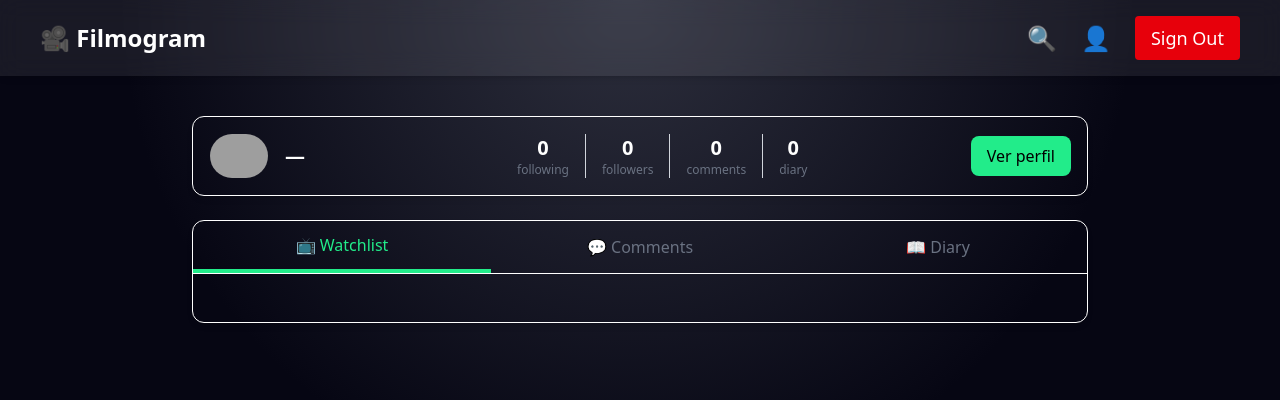
Repository: Leoonard1507/proyecto-final
Page: /client-profile
The author's editor kept a copy of each file at every save. The page is drawn from the files as they stood at one save, then again after the next save.
The browser window is 1280 px wide. The pictures show the whole page.
Pictures or frames that could not be fetched are drawn as grey boxes. The page's requests for data from a server got no answer. The project was rebuilt for these pictures with package versions that can differ from the ones it lists, and the page was loaded fresh each time. The framework's server and built-in components were replaced by stand-ins that run in the browser. No one was signed in, and anything a server would have sent is missing. Also part of the build but not shown: next.config.ts, src/app/components/profileSections/userWatchlist.tsx, src/app/components/profileSections/userComments.tsx, src/app/components/profileSections/userDiary.tsx, src/libs/axios.ts, src/app/components/profileSections/searchFavsEdit.tsx, src/app/components/profileSections/addFavoritesModal.tsx, src/app/components/profileSections/FavMoviesList.tsx.

Above is the page before, as saved 2025-05-26 13:57:37.

### src/app/layout.tsx
// app/layout.tsx
"use client";

import { SessionProvider } from "next-auth/react";
import "../styles/globals.css";
import { ToastContainer } from 'react-toastify';
import 'react-toastify/dist/ReactToastify.css';


export default function RootLayout({ children }: { children: React.ReactNode }) {
  return (
    <html lang="es">
      <head>
        <title>Filmogram</title>
        <meta name="description" content="Gestiona tu perfil en El Santuario." />
      </head>
      <body className="flex flex-col text-white antialiased">
        {/* Fondo con contenedor dedicado */}
        <div className="min-h-screen w-full bg-radial-pattern">
          <SessionProvider>{children}</SessionProvider>
        </div>
        <ToastContainer />
      </body>
    </html>
  );
}

### src/app/client-profile/page.tsx
"use client";

import { useState, useEffect } from "react";
import { useSession } from "next-auth/react";
import Image from "next/image";
import Navbar from "@/app/components/Navbar";
import { toast } from "react-toastify";
import Watchlist from "../components/profileSections/userWatchlist";
import Comments from "../components/profileSections/userComments";
import Diary from "../components/profileSections/userDiary";
import FavoriteMoviesSection from "../components/profileSections/addFavoritesModal"; // para elegir favs
import FavoriteMoviesList from "../components/profileSections/FavMoviesList"; // para mostrar las favs en el perfil

export default function ProfilePage() {
  const { data: session } = useSession();

  const [name, setName] = useState("");
  const [nickname, setNickname] = useState("");
  const [usermail, setUsermail] = useState("");
  const [role, setRole] = useState("");
  const [birthdate, setBirthdate] = useState("");
  const [loading, setLoading] = useState(false);
  const [isModalOpen, setIsModalOpen] = useState(false);
  const [description, setDescription] = useState("");
  const [avatar, setAvatar] = useState("");
  const [userId, setUserId] = useState("");
  const [showDetails, setShowDetails] = useState(false);
  const [isPasswordModalOpen, setIsPasswordModalOpen] = useState(false);
  const [currentPassword, setCurrentPassword] = useState("");
  const [newPassword, setNewPassword] = useState("");
  const [repeatPassword, setRepeatPassword] = useState("");
  const [activeTab, setActiveTab] = useState("watchlist");
  const [followingCount, setFollowingCount] = useState<number | null>(null);
  const [followerCount, setFollowerCount] = useState<number | null>(null);
  const [commentsCount, setCommentsCount] = useState<number | null>(null);
  const [diaryCount, setDiaryCount] = useState<number | null>(null);

  useEffect(() => {
    if (session?.user?.id) {
      setUserId(session.user.id);
      fetchUserData(session.user.id);
      fetchFollowingCount(session.user.id);
      fetchFollowerCount(session.user.id);
      fetchCommentsCount(session.user.id);
      fetchDiaryCount(session.user.id);
    }
  }, [session]);

  const fetchFollowingCount = async (userId: string) => {
    try {
       const res = await fetch(`/api/seguidos/${userId}`);
      if (!res.ok) throw new Error("Failed to fetch following count");
      const data = await res.json();
      setFollowingCount(data[0]?.following_count ?? 0);
    } catch (error) {
      console.error("Error fetching following count:", error);
      setFollowingCount(0);
    }
  };

  const fetchFollowerCount = async (userId: string) => {
    try {
       const res = await fetch(`/api/seguidores/${userId}`);
      if (!res.ok) throw new Error("Failed to fetch follower count");
      const data = await res.json();
      setFollowerCount(data[0]?.followers_count ?? 0);
    } catch (error) {
      console.error("Error fetching follower count:", error);
      setFollowerCount(0);
    }
  };

  const fetchCommentsCount = async (userId: string) => {
    try {
       const res = await fetch(`/api/countComments/${userId}`);
      if (!res.ok) throw new Error("Failed to fetch comments count");
      const data = await res.json();
      setCommentsCount(data[0]?.comments_count ?? 0);
    } catch (error) {
      console.error("Error fetching comments count:", error);
      setCommentsCount(0);
    }
  };

  const fetchDiaryCount = async (userId: string) => {
    try {
       const res = await fetch(`/api/countDiary/${userId}`);
      if (!res.ok) throw new Error("Failed to fetch diary count");
      const data = await res.json();
      setDiaryCount(data[0]?.diarys_count ?? 0);
    } catch (error) {
      console.error("Error fetching diary count:", error);
      setDiaryCount(0);
    }
  };

  const fetchUserData = async (userId: string) => {
    try {
      const res = await fetch(`/api/user/${userId}`);
      if (!res.ok) throw new Error("No se pudo obtener el usuario");
      const user = await res.json();

      setName(user.name || "");
      setUsermail(user.email || "");
      setRole(user.role || "");
      setBirthdate(user.birthdate || "");
      setNickname(user.nickName || "");
      setDescription(user.description || "");
      setAvatar(user.avatar || `https://api.dicebear.com/7.x/bottts/png?seed=${user.id}`);
      // setFavoriteMovies(user.favorites || []); // Si decides usar favoritas aquí
    } catch (error) {
      console.error("Error al cargar datos del usuario:", error);
    }
  };

  const updateUserProfile = async () => {
    setLoading(true);
    try {
      const dataToSend = {
        nickname,
        name,
        email: usermail,
        role,
        description,
        birthdate,
        avatar,
        currentPassword,
        newPassword,
        // favorites: favoriteMovies,
      };

      const response = await fetch("/api/user/update", {
        method: "POST",
        headers: { "Content-Type": "application/json" },
        body: JSON.stringify(dataToSend),
      });

      if (!response.ok) {
        const errorData = await response.json();
        console.error("Error en la respuesta:", errorData);
        throw new Error(errorData.message || "Error al actualizar el perfil");
      }

      const responseData = await response.json();
      toast.success(responseData.message);

      setIsModalOpen(false);
      setIsPasswordModalOpen(false);
      setCurrentPassword("");
      setNewPassword("");
      setRepeatPassword("");
      await fetchUserData(userId);
    } catch (error: any) {
      toast.error(error.message || "Error al actualizar el perfil");
      console.error(error);
    } finally {
      setLoading(false);
    }
  };

  const handleSubmit = (e: React.FormEvent) => {
    e.preventDefault();
    updateUserProfile();
  };

  return (
    <div className="min-h-screen text-white">
      {/* Navbar */}
      <Navbar />
      {/* Contenedor de perfil */}
      <div className="max-w-4xl mx-auto mt-10 space-y-6">
        {/* Perfil compacto */}
        <div className="flex items-center justify-between border rounded-xl shadow-md p-4">
          <div className="flex items-center space-x-4">
            <Image
              src={avatar || "https://api.dicebear.com/7.x/bottts/png?seed=default"}
              alt="Avatar"
              width={60}
              height={60}
              className="rounded-full border"
            />
            <span className="text-xl font-semibold">{nickname || "—"}</span>
            <div className="flex flex-col ml-49 items-center border-r border-gray-300 pr-4">
              <span className="text-base font-semibold text-xl">
                {followingCount !== null ? followingCount : "0"}
              </span>
              <span className="text-xs text-gray-500">following</span>
            </div>
            <div className="flex flex-col items-center border-r border-gray-300 pr-4">
              <span className="text-base font-semibold text-xl">
                 {followerCount !== null ? followerCount : "0"}
              </span>
              <span className="text-xs text-gray-500">followers</span>
            </div>
            <div className="flex flex-col items-center border-r border-gray-300 pr-4">
              <span className="text-base font-semibold text-xl">
                 {commentsCount !== null ? commentsCount : "0"}
              </span>
              <span className="text-xs text-gray-500">comments</span>
            </div>
            <div className="flex flex-col items-center">
              <span className="text-base font-semibold text-xl">
                 {diaryCount !== null ? diaryCount : "0"}
              </span>
              <span className="text-xs text-gray-500">diary</span>
            </div>
          </div>
          <button
            onClick={() => setShowDetails((prev) => !prev)}
            className="bg-[#22ec8a] text-black px-4 py-2 rounded-lg hover:opacity-70 transition"
          >
            {showDetails ? "Ocultar perfil" : "Ver perfil"}
          </button>
        </div>

        {/* Perfil detallado */}
        {showDetails && (
          <div className="border rounded-xl shadow-inner p-6 space-y-6">
            <div className="grid grid-cols-1 sm:grid-cols-2 gap-4">
              <ProfileField label="Nombre completo" value={name} />
              <ProfileField label="Correo" value={usermail} />
              <ProfileField label="Fecha de nacimiento" value={birthdate} />
              <ProfileField label="Rol" value={role} />
              <div className="sm:col-span-2">
                <ProfileField label="Descripción" value={description} />
              </div>
            </div>
            <div className="flex space-x-4">
              <button
                type="button"
                disabled={loading}
                onClick={() => setIsModalOpen(true)}
                className="bg-[#22ec8a] text-black px-4 py-2 rounded-md hover:opacity-70 transition"
              >
                Editar perfil
              </button>
              <button
                type="button"
                disabled={loading}
                onClick={() => setIsPasswordModalOpen(true)}
                className="bg-gray-200 text-gray-800 px-4 py-2 rounded-md hover:bg-gray-300 transition"
              >
                Cambiar contraseña
              </button>
            </div>
          </div>
        )}

        {/* Mostrar las favoritas */}
        {userId && (
          <div className="border rounded-xl shadow-md p-6 mt-6">
            <FavoriteMoviesList userId={userId} />
          </div>
        )}

        {/* Tabs para mostrar contenido */}
        <div className="border rounded-xl shadow-md">
          <div className="flex border-b">
            <button
              onClick={() => setActiveTab("watchlist")}
              className={`flex-1 py-3 text-center font-medium ${
                activeTab === "watchlist"
                  ? "border-b-4 border-[#22ec8a] text-[#22ec8a]"
                  : "text-gray-500 hover:text-[#22ec8a]"
              }`}
            >
              📺 Watchlist
            </button>
            <button
              onClick={() => setActiveTab("comments")}
              className={`flex-1 py-3 text-center font-medium ${
                activeTab === "comments"
                  ? "border-b-4 border-[#22ec8a] text-[#22ec8a]"
                  : "text-gray-500 hover:text-[#22ec8a]"
              }`}
            >
              💬 Comments
            </button>
            <button
              onClick={() => setActiveTab("diary")}
              className={`flex-1 py-3 text-center font-medium ${
                activeTab === "diary"
                  ? "border-b-4 border-[#22ec8a] text-[#22ec8a]"
                  : "text-gray-500 hover:text-[#22ec8a]"
              }`}
            >
              📖 Diary
            </button>
          </div>
          <div className="p-6">
            {activeTab === "watchlist" && userId && <Watchlist userId={userId} />}
            {activeTab === "comments" && userId && <Comments userId={userId} />}
            {activeTab === "diary" && userId && <Diary userId={userId} />}
          </div>
        </div>
      </div>

      {/* Modal cambiar contraseña */}
      {isPasswordModalOpen && (
        <div className="fixed inset-0 bg-black bg-opacity-40 flex justify-center items-center z-50">
          <div className="bg-white text-black p-8 rounded-lg max-w-md w-full relative shadow-lg">
            <button
              onClick={() => setIsPasswordModalOpen(false)}
              className="absolute top-3 right-3 text-gray-600 hover:text-gray-800 text-xl"
              aria-label="Close password modal"
            >
              ✖
            </button>

            <h2 className="text-2xl font-bold mb-5">Change Password</h2>

            <form
              onSubmit={async (e) => {
                e.preventDefault();
                if (newPassword !== repeatPassword) {
                  alert("Las contraseñas nuevas no coinciden.");
                  return;
                }

                try {
                  await updateUserProfile();
                  setIsPasswordModalOpen(false);
                  setCurrentPassword("");
                  setNewPassword("");
                  setRepeatPassword("");
                } catch (err) {
                  alert(err);
                  console.error(err);
                }
              }}
              className="space-y-4"
            >
              <Input label="Current password" value={currentPassword} onChange={setCurrentPassword} type="password" />
              <Input label="New password" value={newPassword} onChange={setNewPassword} type="password" />
              <Input label="Repeat new password" value={repeatPassword} onChange={setRepeatPassword} type="password" />

              <button
                type="submit"
                className="bg-blue-600 text-white w-full p-2 rounded-lg hover:bg-blue-700 transition"
              >
                Save New Password
              </button>
            </form>
          </div>
        </div>
      )}

      {/* Modal editar perfil */}
      {isModalOpen && (
        <div className="fixed inset-0 bg-black bg-opacity-40 flex justify-center items-center z-50">
          <div className="bg-white text-black p-6 rounded-lg max-w-xl w-full relative shadow-lg space-y-4">
            <button
              onClick={() => setIsModalOpen(false)}
              className="absolute top-3 right-3 text-gray-600 hover:text-gray-800 text-xl"
              aria-label="Close profile edit modal"
            >
              ✖
            </button>

            <h2 className="text-2xl font-bold">Editar perfil</h2>

            <form onSubmit={handleSubmit} className="space-y-4">
              <div>
                <label className="block font-medium mb-1">Avatar</label>
                <div className="flex space-x-3">
                  {["cat", "robot", "alien", "monster", "Sawyer"].map((type) => {
                    const url = `https://api.dicebear.com/7.x/bottts/png?seed=${type}`;
                    return (
                      <Image
                        key={type}
                        src={url}
                        alt={`avatar ${type}`}
                        width={60}
                        height={60}
                        onClick={() => setAvatar(url)}
                        className={`cursor-pointer rounded-full border-2 ${
                          avatar === url ? "border-blue-600" : "border-transparent"
                        }`}
                      />
                    );
                  })}
                </div>
              </div>

              <Input label="Nombre" value={name} onChange={setName} />
              <Input label="Apodo" value={nickname} onChange={setNickname} />
              <Input label="Fecha de nacimiento" value={birthdate} onChange={setBirthdate} />
              <Input label="Descripción" value={description} onChange={setDescription} />

              {/* la sección de películas favoritas */}
              <div>
                <h3 className="font-semibold mb-1">Favorite films</h3>
                {session?.user?.id && <FavoriteMoviesSection userId={session.user.id} />}
              </div>

              <button
                type="submit"
                className="bg-blue-600 text-white w-full py-2 rounded hover:bg-blue-700 disabled:opacity-50"
                disabled={loading}
              >
                {loading ? "Saving..." : "Save Changes"}
              </button>
            </form>
          </div>
        </div>
      )}
    </div>
  );
}

// Componente reutilizable para mostrar campos
function ProfileField({ label, value }: { label: string; value: string }) {
  return (
    <div>
      <label className="block text-sm font-medium text-[#22ec8a] mb-1">{label}</label>
      <p className="text-white border border-gray-700 rounded p-2">{value || "—"}</p>
    </div>
  );
}

// Componente reutilizable de inputs
function Input({
  label,
  value,
  onChange,
  type = "text",
}: {
  label: string;
  value: string;
  onChange: (val: string) => void;
  type?: string; // Nuevo prop opcional
}) {
  return (
    <div>
      <label className="block text-sm font-medium mb-1">{label}</label>
      <input
        type={type}
        value={value}
        onChange={(e) => onChange(e.target.value)}
        className="w-full border border-gray-300 p-2 rounded"
      />
    </div>
  );
}

### src/styles/globals.css
@import "tailwindcss";

html, body {
  margin: 0;
  padding: 0;
  box-sizing: border-box;
}

* {
  box-sizing: inherit;
}

/* Fondo radial aplicado sólo a una clase */
.bg-radial-pattern {
  background: radial-gradient(circle at 49% 0, #2d2f3d, #070714 51%, #060613 52%);
  background-repeat: no-repeat;
  background-size: cover;
  background-attachment: fixed;
}

@layer utilities {
  .mask-fade {
    -webkit-mask-image: radial-gradient(circle, rgba(0, 0, 0, 1) 0%, rgba(0, 0, 0, 0) 100%);
    mask-image: radial-gradient(circle, rgba(0, 0, 0, 1) 0%, rgba(0, 0, 0, 0) 100%);
  }
}

/* Para movie-details */
.fade-mask-movie-details {
  -webkit-mask-image: linear-gradient(to bottom, rgba(0, 0, 0, 1) 10%, rgba(0, 0, 0, 0));
  mask-image: linear-gradient(to bottom, rgba(0, 0, 0, 1) 10%, rgba(0, 0, 0, 0));
  -webkit-mask-size: 100% 100%;
  mask-size: 100% 100%;
  -webkit-mask-repeat: no-repeat;
  mask-repeat: no-repeat;
}

.custom-scrollbar {
  scrollbar-width: thick;
  scrollbar-color: #333 #222;
  overflow-x: auto; /* Para el desplazamiento horizontal */
  overflow-y: auto;
}

.custom-scrollbar::-webkit-scrollbar {
  height: 20px;
}

.custom-scrollbar::-webkit-scrollbar-track {
  background: #222;
}

.custom-scrollbar::-webkit-scrollbar-thumb {
  background: #333;
  border-radius: 10px;
}

.custom-scrollbar::-webkit-scrollbar-thumb:hover {
  background: #6b6b6b;
}

### src/app/components/Navbar.tsx
'use client';

import Link from 'next/link';
import { useRouter } from 'next/navigation';

export default function Navbar() {
    const router = useRouter();

    const handleLogout = () => {
        // Aquí podrías limpiar cookies, localStorage, o llamar a un endpoint
        // Por ahora simulamos cierre de sesión redirigiendo al login
        // localStorage.removeItem('token'); (si lo usas)
        router.push('/');
    };

    return (
        <nav className="sticky top-0 z-50 text-white px-10 py-4 flex justify-between items-center shadow-md bg-white/8 backdrop-blur-md">
            <div className="text-2xl font-bold">
                <Link href="/home-page">🎥 Filmogram</Link>
            </div>
            <ul className="flex space-x-6 items-center text-lg">
                <li>
                    <Link href="/search" className="hover:text-red-400 transition text-2xl">🔍</Link>
                </li>
                <li>
                    <Link href="/client-profile" className="hover:text-red-400 transition text-2xl">👤</Link>
                </li>
                <li>
                    <button
                        onClick={handleLogout}
                        className="bg-red-600 px-4 py-2 rounded hover:bg-red-700 transition"
                    >
                        Sign Out
                    </button>
                </li>
            </ul>
        </nav>
    );
}

After the next save:
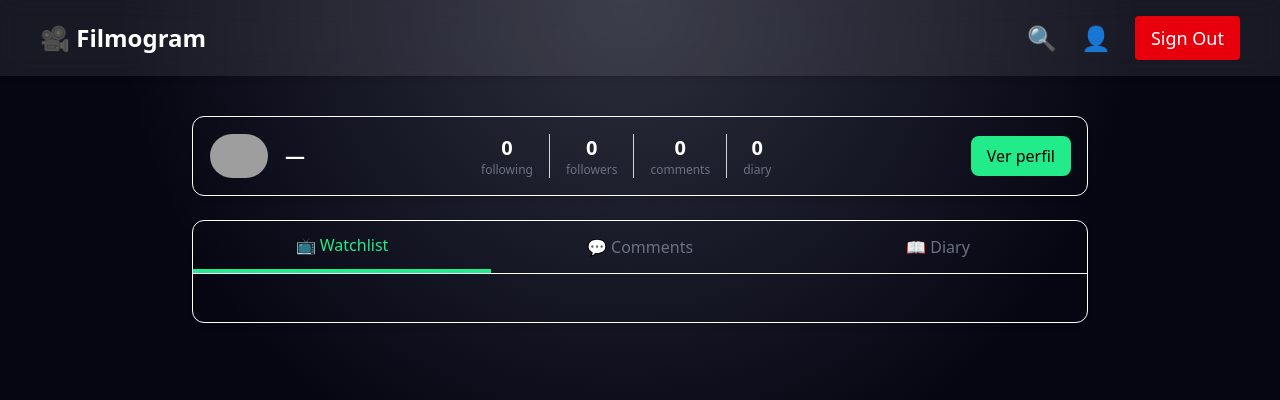
Saved 5 s later.
--- a/src/app/client-profile/page.tsx
+++ b/src/app/client-profile/page.tsx
@@ -180,7 +180,7 @@ export default function ProfilePage() {
               className="rounded-full border"
             />
             <span className="text-xl font-semibold">{nickname || "—"}</span>
-            <div className="flex flex-col ml-49 items-center border-r border-gray-300 pr-4">
+            <div className="flex flex-col ml-40 items-center border-r border-gray-300 pr-4">
               <span className="text-base font-semibold text-xl">
                 {followingCount !== null ? followingCount : "0"}
               </span>
